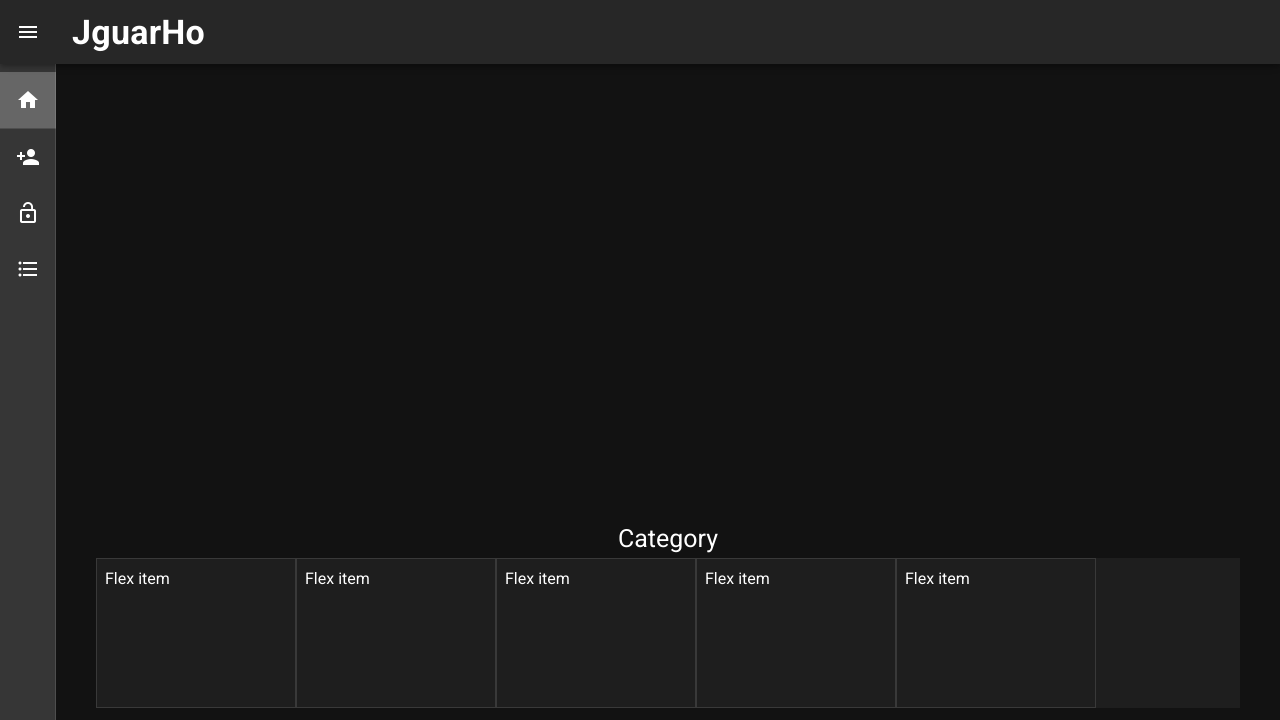
Repository: agent501/MRMS
Page: /
The author's editor kept a copy of each file at every save. The page is drawn from the files as they stood at one save, then again after the next save.
The browser window is 1280 px wide. The pictures show the whole page.
The page's requests for data from a server got no answer. The project was rebuilt for these pictures with package versions that can differ from the ones it lists, and the page was loaded fresh each time. No one was signed in, and anything a server would have sent is missing. Also part of the build but not shown: vue.config.js, src/components/Product/products.vue, src/components/Product/product.vue, src/components/Product/createproduct.vue, src/components/User/signin.vue, src/components/User/signup.vue, src/components/User/profile.vue, src/components/Shared/Alert.vue and 2 more. Imported but missing from the stored project, and not drawn on this page: src/router/auth-guard.js.

Above is the page before, as saved 2020-08-05 11:19:06.

### src/main.js
import Vue from 'vue';
import App from './App.vue';
import router from './router';
import { store } from './store';
import alert from './components/Shared/Alert.vue';
import vuetify from './plugins/vuetify';
import { fb } from './components/firebase/firebase.js';
import * as firebase from 'firebase';
import editproductdiaglog from './components/Product/Edit/editproductdialog.vue';
import editprogressbar from './components/Product/Edit/editprogressbar.vue';

Vue.component('app-alert', alert);
Vue.component('app-edit-product', editproductdiaglog);
Vue.component('app-edit-progress', editprogressbar);

Vue.config.productionTip = false;

new Vue({
  router,
  store,
  vuetify,
  render: (h) => h(App),
  created() {
    fb;
    firebase.auth().onAuthStateChanged((user) => {
      if (user) {
        this.$store.dispatch('autosignin', user);
      }
    });
    this.$store.dispatch('loadProducts');
  },
}).$mount('#app');

### src/App.vue
<template>
  <v-app>
    <v-navigation-drawer v-model="drawer" :mini-variant.sync="mini" app clipped dense permanent>
      <v-list>
        <v-list-item to="/">
          <v-list-item-icon>
            <v-icon medium>home</v-icon>
          </v-list-item-icon>

          <v-list-item-content>
            <v-list-item-title>Home</v-list-item-title>
          </v-list-item-content>
        </v-list-item>

        <v-divider></v-divider>
        <v-list-item v-for="item in menuItems" :key="item.title" router :to="item.link">
          <v-list-item-icon>
            <v-icon medium>{{ item.icon }}</v-icon>
          </v-list-item-icon>

          <v-list-item-content>
            <v-list-item-title>{{ item.text }}</v-list-item-title>
          </v-list-item-content>
        </v-list-item>
        <v-list-item v-if="userIsAuthenticated || adminIsAuthenticated" @click="onLogout">
          <v-list-item-icon>
            <v-icon>exit_to_app</v-icon>
          </v-list-item-icon>
          <v-list-item-content>Logout</v-list-item-content>
        </v-list-item>
      </v-list>
    </v-navigation-drawer>

    <v-app-bar app clipped-left>
      <v-app-bar-nav-icon @click.stop="mini=!mini"></v-app-bar-nav-icon>
      <v-toolbar-title class="font-weight-bold display-1">
        <router-link to="/" tag="span" style="cursor:pointer">JguarHo</router-link>
      </v-toolbar-title>
    </v-app-bar>

    <!-- Page Content -->
    <v-content>
      <router-view></router-view>
    </v-content>

    <!-- <v-footer>
      <span>JguarHo &copy; Copyright Reserved</span>
    </v-footer>-->
  </v-app>
</template>

<script>
// import HelloWorld from './components/HelloWorld';

export default {
  name: 'App',

  components: {
    // HelloWorld,
  },
  props: {
    source: String
  },
  data: () => ({
    mini: true,
    drawer: true
    // items: [
    //   { icon: 'lock_open', text: 'Sign In', link: '/signin' },
    //   { icon: 'home', text: 'Home', link: '/' },
    //   { icon: 'list', text: 'All Products', link: '/products' },
    //   { icon: 'help_outline', text: 'About Us', link: '' }
    // ]
  }),
  computed: {
    menuItems() {
      let items = [
        { icon: 'person_add', text: 'Sign Up', link: '/signup' },
        { icon: 'lock_open', text: 'Sign In', link: '/signin' },

        {
          icon: 'format_list_bulleted',
          text: 'All Products',
          link: '/products'
        }
        // { icon: 'person', text: 'About Us', link: '' }
      ];
      if (this.adminIsAuthenticated) {
        items = [
          {
            icon: 'create_new_folder',
            text: 'Create Product',
            link: '/createproduct'
          },
          {
            icon: 'format_list_bulleted',
            text: 'All Products',
            link: '/products'
          },
          {
            icon: 'person',
            text: 'Profile',
            link: '/profile/' + this.adminIsAuthenticated.id
          }
        ];
      } else if (this.userIsAuthenticated) {
        items = [
          {
            icon: 'format_list_bulleted',
            text: 'All Products',
            link: '/products'
          },
          {
            icon: 'person',
            text: 'Profile',
            link: '/profile/' + this.userIsAuthenticated.id
          }
        ];
      }
      return items;
    },
    adminIsAuthenticated() {
      return (
        this.$store.getters.user !== null &&
        this.$store.getters.user !== undefined &&
        this.$store.getters.user.id === 'ktQMfIIbLQRTlySJDVzU9JbCF293' &&
        this.$store.getters.user
      );
    },
    userIsAuthenticated() {
      return (
        this.$store.getters.user !== null &&
        this.$store.getters.user !== undefined &&
        this.$store.getters.user
      );
    }
  },
  created() {
    this.$vuetify.theme.dark = true;
  },
  methods: {
    onLogout() {
      this.$store.dispatch('logout');
      this.$router.push('/');
    }
  }
};
</script>

### src/router/index.js
import Vue from 'vue';
import VueRouter from 'vue-router';
import home from '../components/Home.vue';
import products from '../components/Product/products.vue';
import product from '../components/Product/product.vue';
import createproduct from '../components/Product/createproduct.vue';
import signin from '../components/User/signin.vue';
import signup from '../components/User/signup.vue';
import profile from '../components/User/profile.vue';
import AuthGuard from '../router/auth-guard.js';

Vue.use(VueRouter);

export default new VueRouter({
  mode: 'history',
  routes: [
    { path: '/', name: 'home', component: home },
    { path: '/products', name: 'products', component: products },
    {
      path: '/createproduct',
      name: 'createproduct',
      component: createproduct,
      beforeEnter: AuthGuard,
    },
    { path: '/signin', name: 'signin', component: signin },
    { path: '/signup', name: 'signup', component: signup },
    {
      path: '/profile/:id',
      name: 'profile',
      component: profile,
      beforeEnter: AuthGuard,
    },
    {
      path: '/products/:id',
      name: 'product',
      props: true,
      component: product,
    },
  ],
});

### src/store/index.js
import Vue from 'vue';
import Vuex from 'vuex';

import product from './product';
import user from './user';
import shared from './shared';

Vue.use(Vuex);

export const store = new Vuex.Store({
  modules: {
    product: product,
    user: user,
    shared: shared,
  },
});

### src/plugins/vuetify.js
import Vue from 'vue';
import Vuetify from 'vuetify/lib';
import '@mdi/font/css/materialdesignicons.css'; //
import 'material-design-icons-iconfont/dist/material-design-icons.css';

Vue.use(Vuetify);

export default new Vuetify({
  icons: {
    iconfont: 'mdi',
  },
});

### src/components/firebase/firebase.js
import firebase from 'firebase/app';
import 'firebase/firestore';
import 'firebase/storage';

var firebaseConfig = {
  apiKey: 'AIzaSyBJdvJyA-ac-dO3JYy-4WKY7wIkma-Y1fI',
  authDomain: 'mrms-2ae69.firebaseapp.com',
  databaseURL: 'https://mrms-2ae69.firebaseio.com',
  projectId: 'mrms-2ae69',
  storageBucket: 'mrms-2ae69.appspot.com',
  messagingSenderId: '287673096935',
  appId: '1:287673096935:web:7f7f75dea0b5657353e042',
  measurementId: 'G-EKPLN37GXX',
};

export const fb = firebase.initializeApp(firebaseConfig);

### src/components/Home.vue
<template>
  <div class="mx-10" style="max-width:1800px">
    <v-layout>
      <v-flex xs12 class="text-xs-center" v-if="!loading">
        <v-progress-circular
          indeterminate
          class="primary--text"
          :width="7"
          :size="70"
          v-if="loading"
        ></v-progress-circular>
      </v-flex>
    </v-layout>

    <v-carousel
      cycle
      class="mt-4"
      height="400"
      hide-delimiters
      show-arrows-on-hover
      width="100%"
      style="cursor:pointer"
    >
      <v-carousel-item
        v-for="product in products"
        :key="product.id"
        @click="onLoadProduct(product.id)"
      >
        <div class="text-right">
          <span class="title">{{ product.name }}</span>
        </div>
        <img :src="product.featureimage" style="height: 100%; width: 100%; object-fit: contain" />
      </v-carousel-item>
    </v-carousel>

    <div>
      <div class="mt-10 text-center" style="font-size:25px">Category</div>
      <div>
        <v-card class="d-flex flex-wrap" flat tile>
          <v-card
            v-for="n in 5"
            :key="n"
            class="pa-2"
            width="200"
            height="150"
            outlined
            tile
          >Flex item</v-card>
        </v-card>
      </div>
    </div>
  </div>
</template>

<script>
export default {
  // data: () => ({
  //   images: [
  //     {
  //       src: 'https://cdn.vuetifyjs.com/images/carousel/squirrel.jpg',
  //       title: 'image1asdasdasdsadasdasdsadasdasd',
  //       id: 'asdad123'
  //     },
  //     {
  //       src: 'https://cdn.vuetifyjs.com/images/carousel/sky.jpg',
  //       title: 'image2',
  //       id: 'asdasd1223'
  //     },
  //     {
  //       src: 'https://cdn.vuetifyjs.com/images/carousel/bird.jpg',
  //       title: 'image3',
  //       id: 'asdad13223'
  //     },
  //     {
  //       src: 'https://cdn.vuetifyjs.com/images/carousel/planet.jpg',
  //       title: 'image4',
  //       id: 'asdaasd1123'
  //     }
  //   ]
  // }),
  computed: {
    products() {
      return this.$store.getters.featuredProducts;
    },
    loading() {
      return this.$store.getters.loading;
    },
  },
  methods: {
    onLoadProduct(id) {
      this.$router.push('/products/' + id);
    },
  },
};
</script>

<style scoped>
.title {
  background-color: rgba(235, 235, 235, 0.897);
  color: black;

  padding: 10px 30px;
}
</style>

### src/store/product/index.js
import * as firebase from 'firebase';

export default {
  state: {
    loadedProducts: [],
  },
  mutations: {
    createProduct(state, payload) {
      state.loadedProducts.push(payload);
    },
    setLoadedProducts(state, payload) {
      state.loadedProducts = payload;
    },
    updateProduct(state, payload) {
      const product = state.loadedProducts.find((product) => {
        return product.id === payload.id;
      });
      if (payload.name) {
        product.name = payload.name;
      }
      if (payload.description) {
        product.description = payload.description;
      }
      if (payload.earningperunit) {
        product.earningperunit = payload.earningperunit;
      }
      if (payload.investmentperunit) {
        product.investmentperunit = payload.investmentperunit;
      }
    },
    updateProgress(state, payload) {
      const product = state.loadedProducts.find((product) => {
        return product.id === payload.id;
      });
      if (payload.productprogressbar) {
        product.productprogressbar = payload.productprogressbar;
      }
    },
    deleteProduct(state, payload) {
      const registeredProducts = state.loadedProducts;
      registeredProducts.splice(
        registeredProducts.findIndex((product) => product.id === payload),
        1
      );
      // Reflect.deleteProperty(state.user.fbKeys,payload)
    },
  },
  actions: {
    loadProducts({ commit }) {
      commit('setLoading', true);
      firebase
        .database()
        .ref('products')
        .once('value')
        .then((data) => {
          const products = [];
          const obj = data.val();
          for (let key in obj) {
            products.push({
              id: key,
              name: obj[key].name,
              description: obj[key].description,
              investmentperunit: obj[key].investmentperunit,
              earningperunit: obj[key].earningperunit,
              creatorId: obj[key].creatorId,
              productimage: obj[key].productimage,
              productprogressbar: obj[key].productprogressbar,
              featureimage: obj[key].productimage[0],
            });
          }
          commit('setLoadedProducts', products);
          commit('setLoading', false);
        })
        .catch((error) => {
          console.log(error);
          commit('setLoading', true);
        });
    },
    deleteProduct({ commit }, payload) {
      const productId = payload;
      console.log(productId);
      firebase
        .database()
        .ref('products')
        .child(productId)
        .remove()
        .then(function () {
          // File deleted successfully

          console.log('success');
        })
        .catch(function (error) {
          // Uh-oh, an error occurred!
          console.log(error);
        });
      commit('deleteProduct', payload);
    },
    createProduct({ commit, getters }, payload) {
      const product = {
        name: payload.name,
        description: payload.description,
        investmentperunit: payload.investmentperunit,
        earningperunit: payload.earningperunit,
        productimage: payload.productimage,
        productprogressbar: payload.productprogressbar,
        creatorId: getters.user.id,
      };
      let key;
      firebase
        .database()
        .ref('products')
        .push(product)
        .then((data) => {
          //specific product id
          key = data.key;
          commit('createProduct', { ...product, id: key });
          // return key
        });
    },
    updateproductdata({ commit }, payload) {
      commit('loading', true);
      const updateObj = {};
      if (payload.name) {
        updateObj.name = payload.name;
      }
      if (payload.desscription) {
        updateObj.description = payload.desscription;
      }
      if (payload.earningperunit) {
        updateObj.earningperunit = payload.earningperunit;
      }
      if (payload.investmentperunit) {
        updateObj.investmentperunit = payload.investmentperunit;
      }
      firebase
        .database()
        .ref('products')
        .child(payload.id)
        .update(updateObj)
        .then(() => {
          commit('setLoading', false);
          commit('updateProduct', payload);
        })
        .catch((error) => {
          console.log(error);
          commit('setLoading', false);
        });
    },
    updateprogressdata({ commit }, payload) {
      commit('loading', true);
      const updateObj = {};
      if (payload.productprogressbar) {
        updateObj.productprogressbar = payload.productprogressbar;
      }

      firebase
        .database()
        .ref('products')
        .child(payload.id)
        .update(updateObj)
        .then(() => {
          commit('setLoading', false);
          commit('updateProgress', payload);
        })
        .catch((error) => {
          console.log(error);
          commit('setLoading', false);
        });
    },
  },
  getters: {
    loadedProducts(state) {
      return state.loadedProducts.sort((productA, productB) => {
        return productA.date > productB.date;
      });
    },
    featuredProducts(state, getters) {
      return getters.loadedProducts.slice(0, 5);
    },
    loadedProduct(state) {
      return (productId) => {
        return state.loadedProducts.find((product) => {
          return product.id === productId;
        });
      };
    },
  },
  modules: {},
};

### src/store/user/index.js
import * as firebase from 'firebase';

export default {
  state: {
    user: null,
    profile: [],
  },
  mutations: {
    setUser(state, payload) {
      state.user = payload;
    },
    setLoadedProfile(state, payload) {
      state.profile = payload;
    },
    updateProfile(state, payload) {
      const profile = state.profile;

      if (payload.name) {
        profile.name = payload.name;
      }
      if (payload.email) {
        profile.email = payload.email;
      }
      if (payload.icnumber) {
        profile.icnumber = payload.icnumber;
      }
      if (payload.phonenumber) {
        profile.phonenumber = payload.phonenumber;
      }
      if (payload.ssmimage) {
        profile.ssmimage = payload.ssmimage;
      }
    },
  },
  actions: {
    signUp({ commit }, payload) {
      // perform the mutation set loading because no matter user success sign up or not it will always display loading
      commit('setLoading', true);
      commit('clearError');
      firebase
        .auth()
        // passing the email and password fetch from the signup page and send to the firebasenpm
        .createUserWithEmailAndPassword(payload.email, payload.password)
        //if success, get the unique id from the firebase and set it on the format that is same as state
        .then((response) => {
          // set loading in the state back to false because is already succeed
          commit('setLoading', false);

          const newUser = {
            userid: response.user.uid,
            registeredProducts: [],
            fbKeys: {},
            email: payload.email,
            phonenumber: payload.phonenumber,
            icnumber: payload.icnumber,
            name: payload.name,
            ssmimage: payload.image,
          };
          let key;
          firebase
            .database()
            .ref('profiles')
            .push(newUser)
            .then((data) => {
              //specific product id
              key = data.userid;
              commit('createProfile', { ...newUser, id: key });
              // return key
            });

          commit('setUser', newUser);
        })
        // if got error
        .catch((error) => {
          // set loading in the state back to false because there's a error occur
          commit('setLoading', false);
          // perform the mutation of setError to display the error
          commit('setError', error);
          console.log(error);
        });
    },
    logIn({ commit }, payload) {
      // perform the mutation set loading because no matter user success sign in or not it will always display loading
      commit('setLoading', true);
      commit('clearError');
      firebase
        .auth()
        // sending the user email and password to the firebase for matchmaking in order to login
        .signInWithEmailAndPassword(payload.email, payload.password)
        .then((response) => {
          // set loading in the state back to false because is already succeed
          commit('setLoading', false);

          const newUser = {
            id: response.user.uid,
            registeredProducts: [],
            fbKeys: {},
          };

          firebase
            .database()
            .ref('profiles')
            .orderByChild('userid')
            .equalTo(newUser.id)
            .once('value')
            .then((data) => {
              const profile = [];
              const obj = data.val();
              for (let key in obj) {
                profile.push({
                  id: key,
                  name: obj[key].name,
                  email: obj[key].email,
                  icnumber: obj[key].icnumber,
                  phonenumber: obj[key].phonenumber,
                  userid: obj[key].userid,
                  ssmimage: obj[key].ssmimage,
                });
              }
              console.log(profile);
              commit('setLoadedProfile', profile);

              commit('setLoading', false);
            })
            .catch((error) => {
              console.log(error);
              commit('setLoading', true);
            });

          commit('setUser', newUser);
        }) // if got error
        .catch((error) => {
          // set loading in the state back to false because there's a error occur
          commit('setLoading', false);
          // perform the mutation of setError to display the error
          commit('setError', error);
          console.log(error);
        });
    },
    autosignin({ commit }, payload) {
      commit('setUser', { id: payload.uid, registeredProducts: [] });
    },
    logout({ commit }) {
      firebase.auth().signOut();
      commit('setUser', null);
    },
    updatePassword(payload) {
      var user = firebase.auth().currentUser;
      var updatepassword = payload.newpassword;
      var credential = firebase.auth.EmailAuthProvider.credential(
        payload.email,
        payload.currentpassword
      );

      user
        .reauthenticate(credential)
        .then(() => {
          user
            .updatePassword(updatepassword)
            .then(() => {
              this.dialog = true;
              console.log('update complete');
              if (this.dialog === false) {
                this.$router.push('/');
              }
            })
            .catch((error) => {
              console.log(error);
            });
        })
        .catch((error) => {
          console.log(error);
        });
    },
    updateProfileData({ commit }, payload) {
      commit('loading', true);
      const updateObj = {};
      if (payload.name) {
        updateObj.name = payload.name;
      }
      if (payload.email) {
        updateObj.email = payload.email;
      }
      if (payload.icnumber) {
        updateObj.icnumber = payload.icnumber;
      }
      if (payload.phonenumber) {
        updateObj.phonenumber = payload.phonenumber;
      }
      if (payload.ssmimage) {
        updateObj.ssmimage = payload.ssmimage;
      }
      firebase
        .database()
        .ref('profiles')
        .child(payload.id)
        .update(updateObj)
        .then(() => {
          commit('setLoading', false);
          commit('updateProfile', payload);
        })
        .catch((error) => {
          console.log(error);
          commit('setLoading', false);
        });
    },
  },
  getters: {
    user(state) {
      return state.user;
    },
  },
};

### src/store/shared/index.js
export default {
  state: {
    loading: false,
    error: null,
  },
  mutations: {
    setLoading(state, payload) {
      state.loading = payload;
    },
    // change the of status error in state
    setError(state, payload) {
      state.error = payload;
    },
    // change the status of error back to null
    clearError(state) {
      state.error = null;
    },
  },
  actions: {
    clearError({ commit }) {
      commit('clearError');
    },
  },
  getters: {
    error(state) {
      return state.error;
    },
    loading(state) {
      return state.loading;
    },
  },
};

Loaded but not shown: public/index.html (common file)

After the next save:
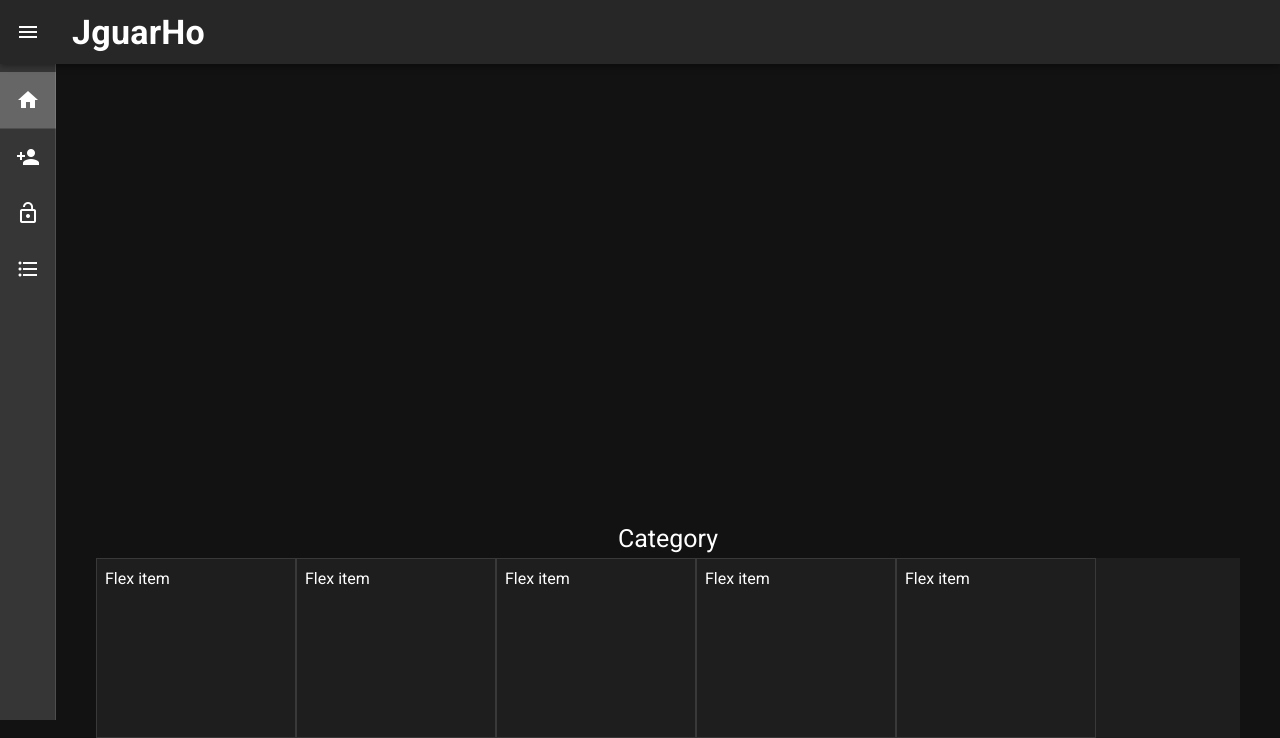
Saved 5 s later.
--- a/src/components/Home.vue
+++ b/src/components/Home.vue
@@ -42,7 +42,7 @@
             :key="n"
             class="pa-2"
             width="200"
-            height="150"
+            height="180"
             outlined
             tile
           >Flex item</v-card>
